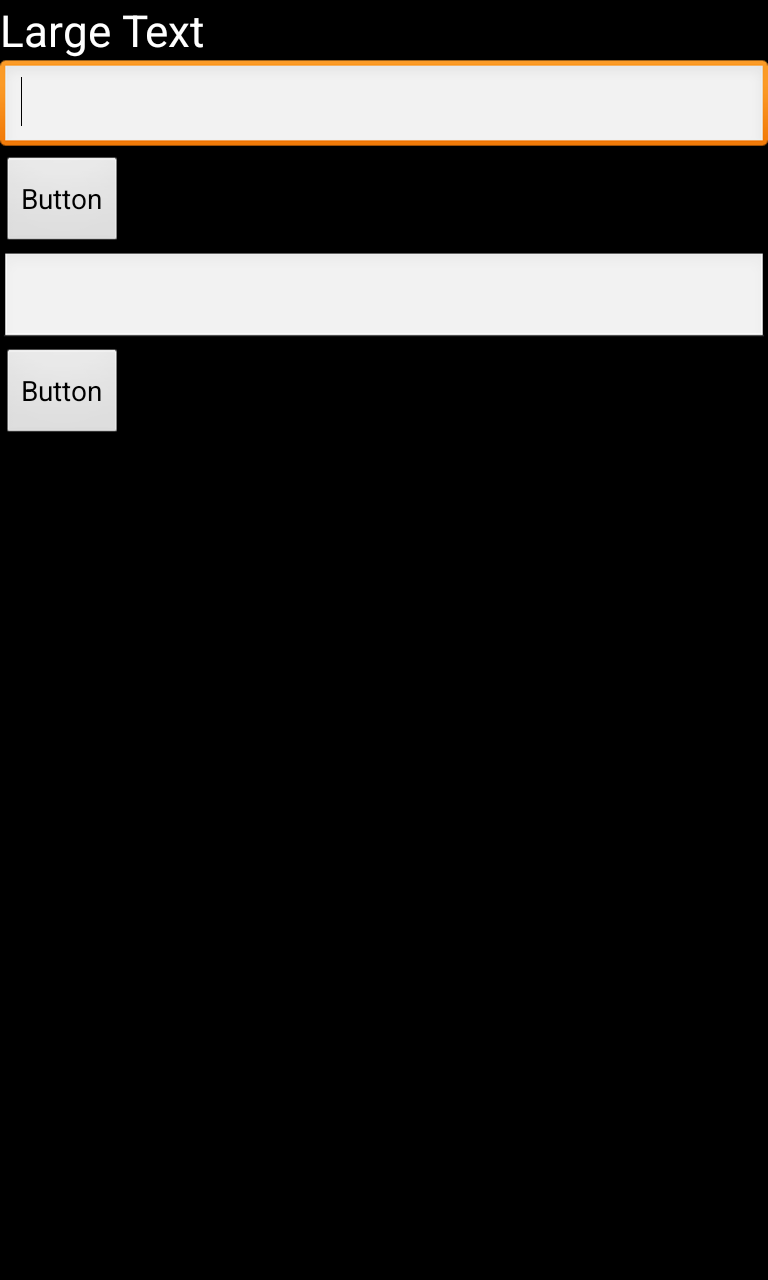
Repository: smartapps08/addteqtutorials
Layout: Shared Prefernces Demo/res/layout/main.xml
These files come from the project's save history. The layout is drawn as it stood at one moment and after the next save; the edit follows.
It is drawn on a 768 x 1280 px phone screen (xhdpi) without system bars, with theme android:Theme; the app's code is not run.

Above is the layout before, as saved 2012-06-12 14:46:49.

After the next save:
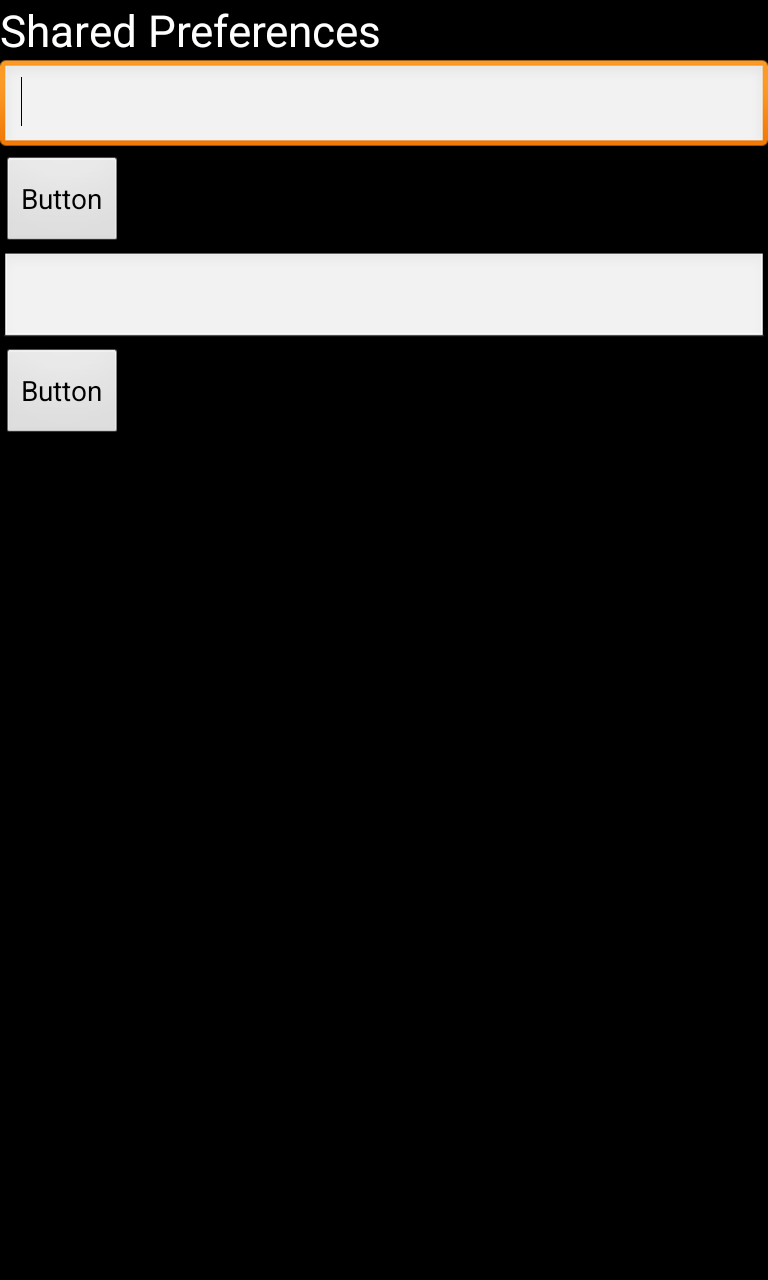
Saved 11 s later.
--- a/Shared Prefernces Demo/res/layout/main.xml
+++ b/Shared Prefernces Demo/res/layout/main.xml
@@ -8,7 +8,7 @@
         android:id="@+id/textView1"
         android:layout_width="wrap_content"
         android:layout_height="wrap_content"
-        android:text="Large Text"
+        android:text="Shared Preferences"
         android:textAppearance="?android:attr/textAppearanceLarge" />
 
     <EditText
